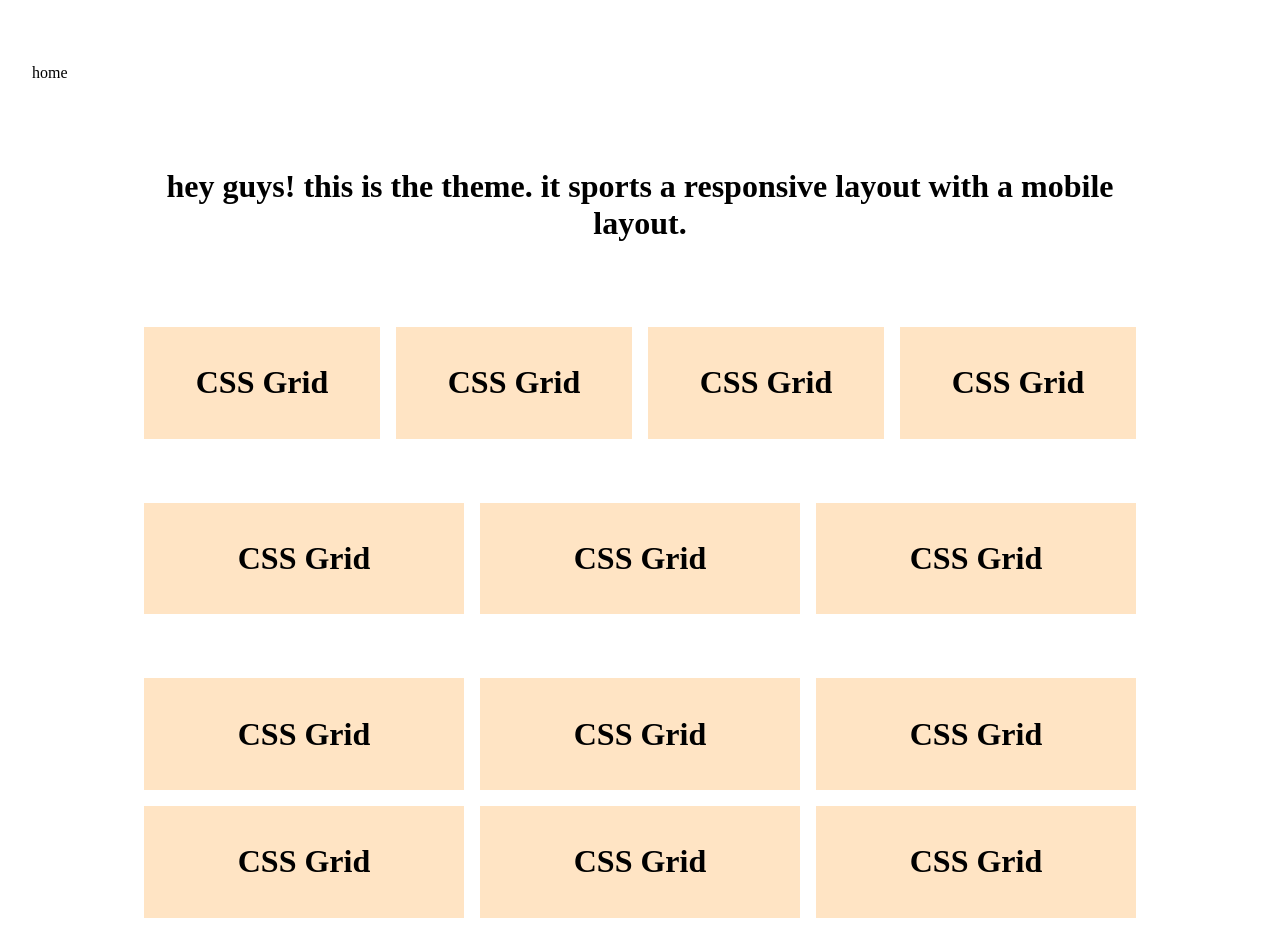
Repository: jjennbui/MDIA2003G-Assignment03B
Page: index.html
These files come from the project's save history. The page is drawn as it stood at one moment and after the next save; the edit follows.
The browser window is 1280 px wide. The pictures show the whole page.

Above is the page before, as saved 2023-01-24 20:29:35.

After the next save:
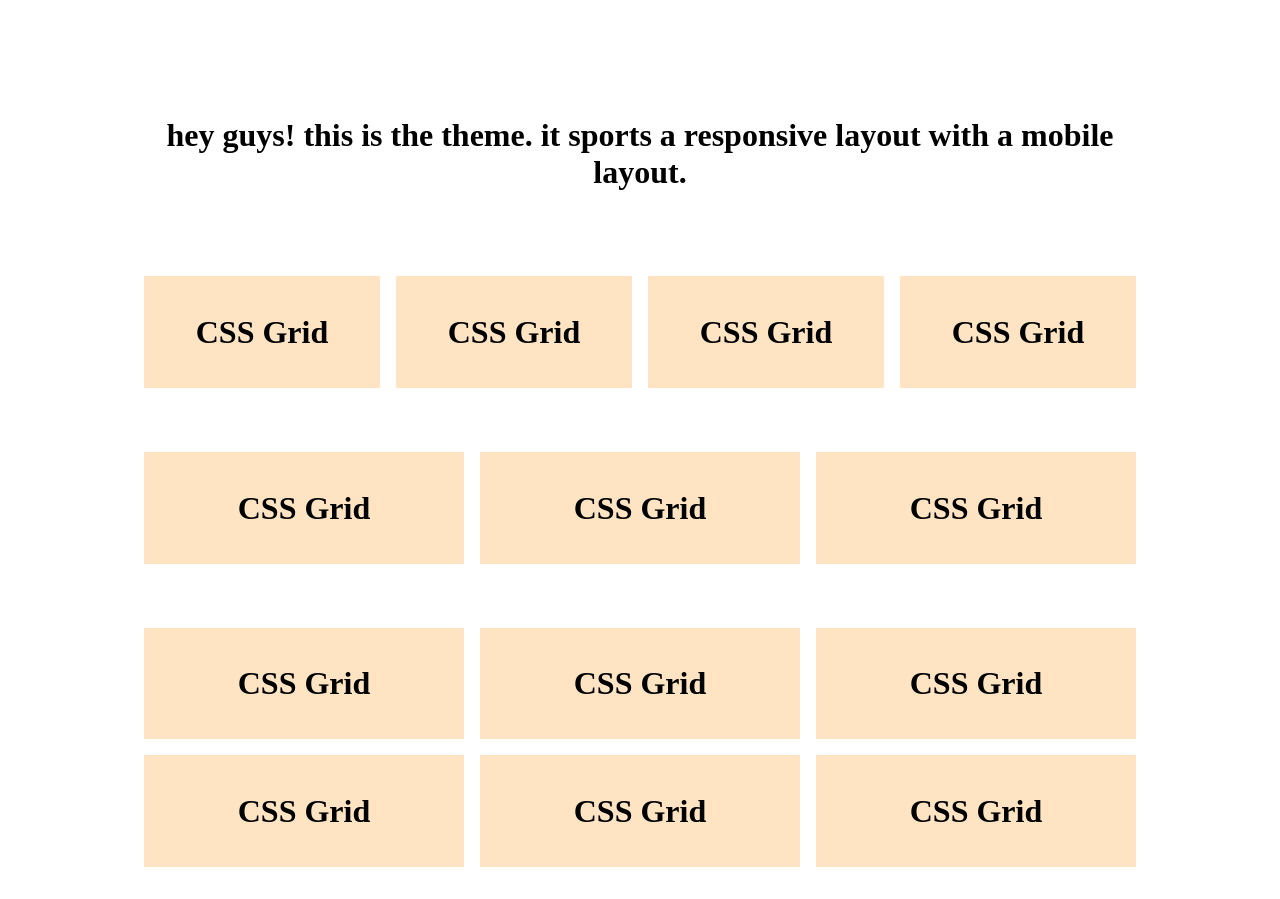
Saved 10 s later.
--- a/index.html
+++ b/index.html
@@ -29,7 +29,7 @@
 
     </div>
     <H1 class="hamburger">hamburger</H1>
-    <div class="home"> home  </div>
+
   </div>
 
   <div class="SECTION-ONE">
